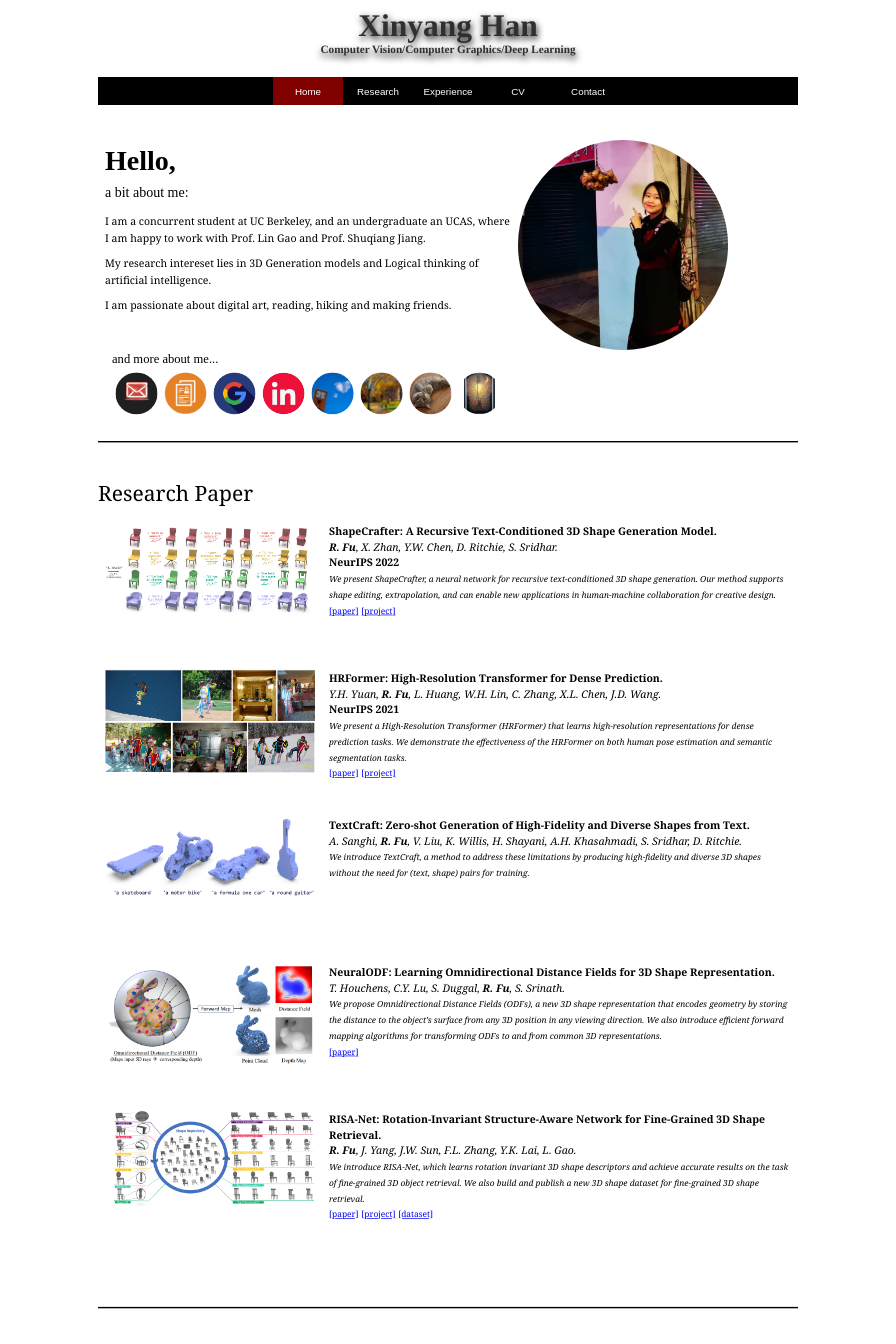
Repository: XinyangHan/XinyangHan.github.io
Page: index.html
An editor plug-in stored every save of this project. The page is shown before and after the next save, followed by the edit.
The browser window is 1280 px wide. The pictures show the part of the page from y = 0 to 1920 px (the page is 4103 px tall), at 70% of full size.

Above is the page before, as saved 2023-02-11 13:14:01.

After the next save:
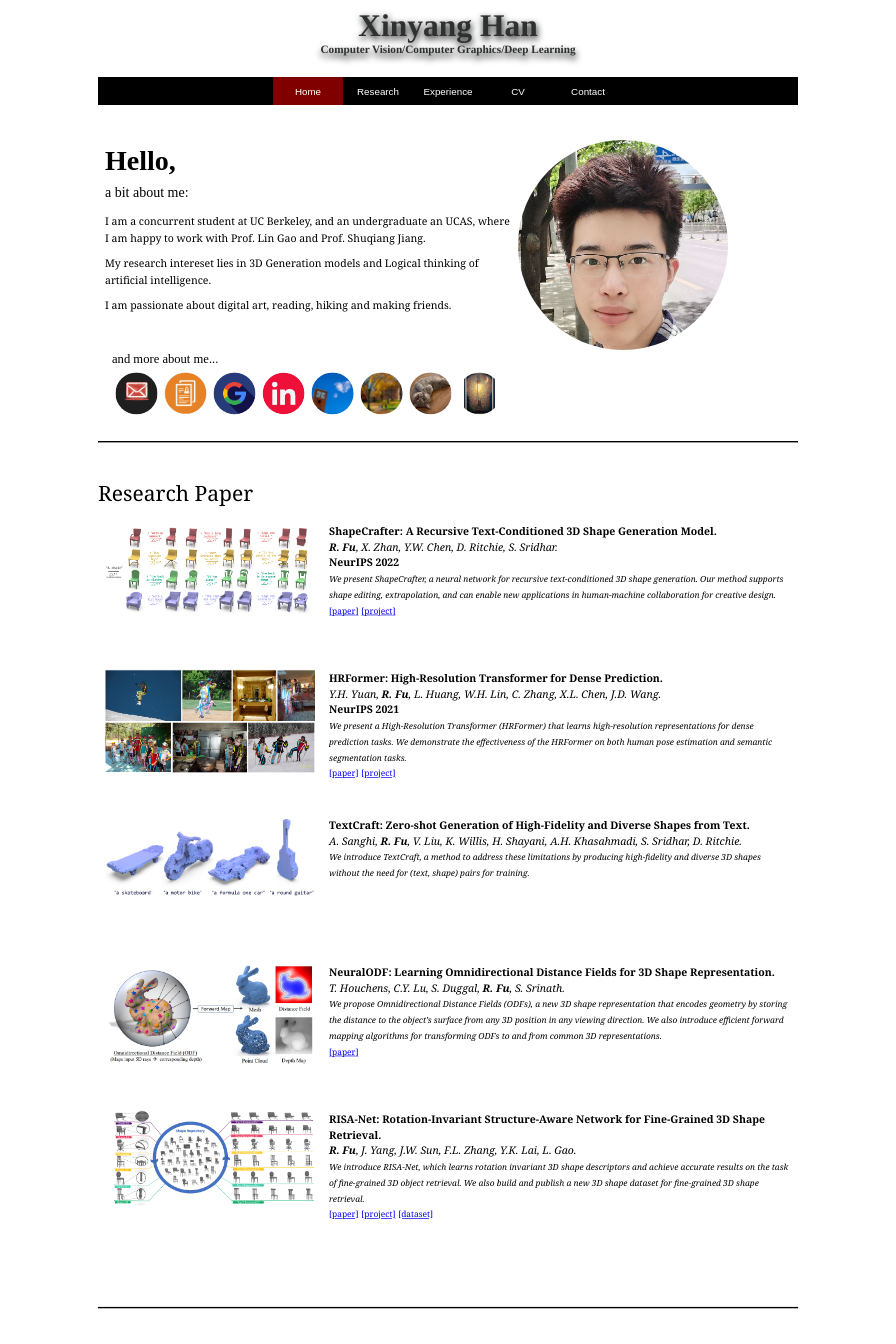
Saved 2 min 16 s later.
--- a/index.html
+++ b/index.html
@@ -76,7 +76,7 @@
 
 		<div id="c_profile">
 			<div class="c_thumbnail">
-				<img src="img/profile.jpg" id="buttons" alt="profile_button" >
+				<img src="img/head_profile.png" id="buttons" alt="profile_button" >
 				<div class="overlay">
 					<p>
 						勿戳！<br>
